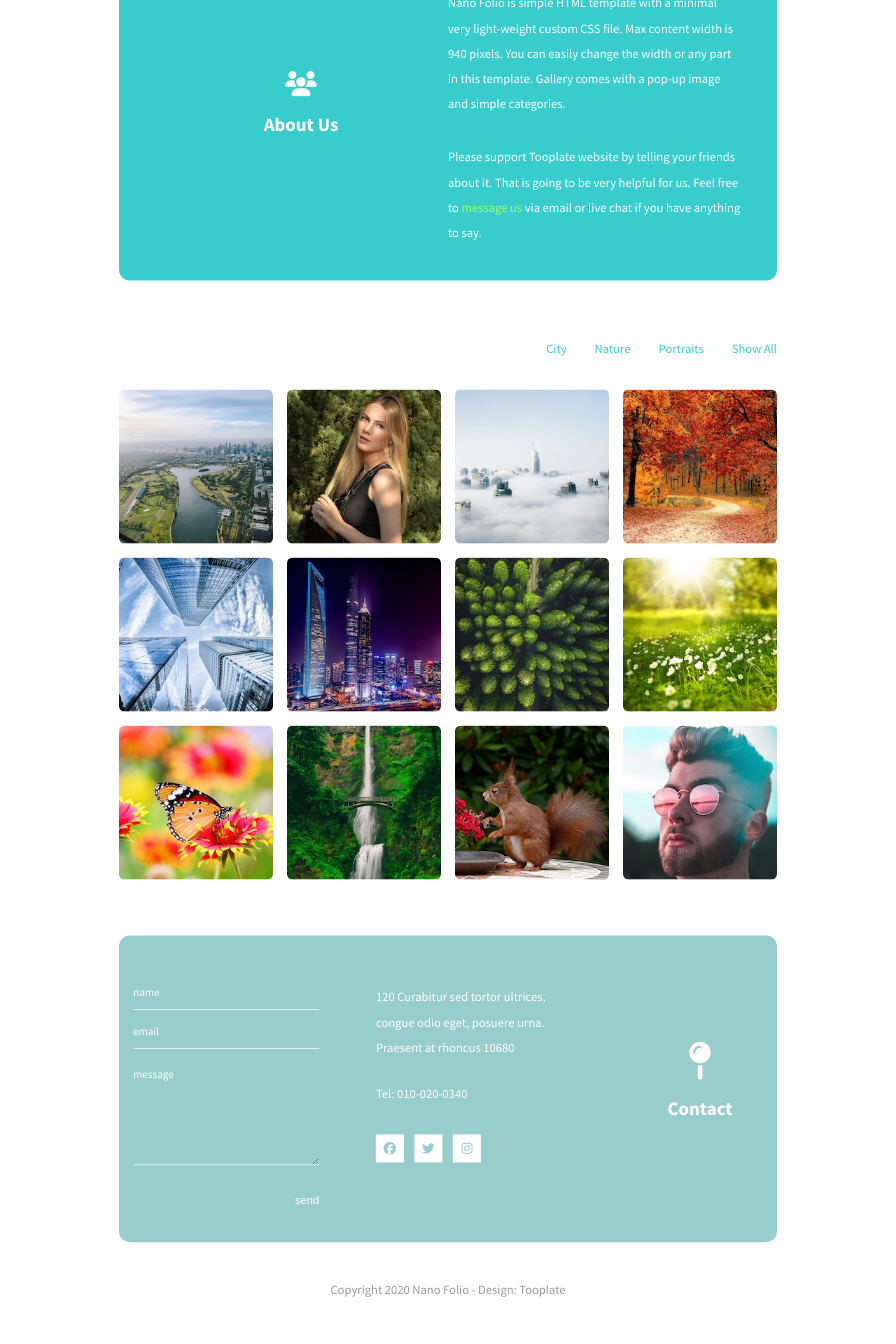
Repository: BuiVanVu102/Tooplate
Page: index.html
An editor plug-in stored every save of this project. The page is shown before and after the next save, followed by the edit.
The browser window is 1280 px wide. The pictures show the part of the page from y = 662 to 2582 px (the page is 2582 px tall), at 70% of full size.
Some web libraries are served in a nearby version. The style sheet was rebuilt from its Sass, Less or Tailwind sources for each picture, by a compiler version that may differ from the author's.

Above is the page before, as saved 2021-11-16 23:47:51.

After the next save:
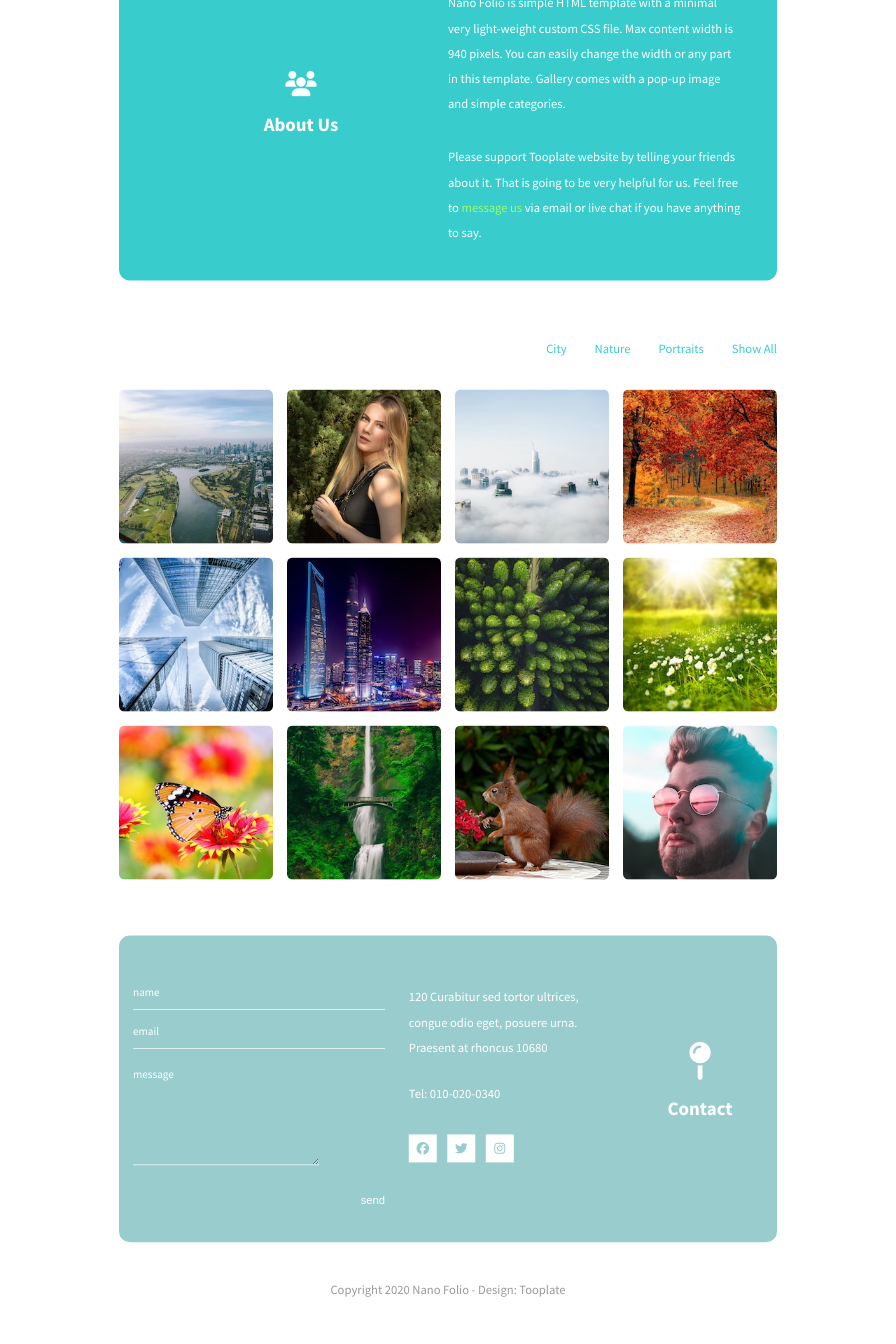
Saved 74 s later.
--- a/sass/_form.scss
+++ b/sass/_form.scss
@@ -14,6 +14,10 @@
 		padding: 50px 20px;
 
 		border-radius: 15px;
+	}
+	&__submit {
+		display: block;
+		width: 40%;
 	}
 	&__submit  input{
 		display: block;
